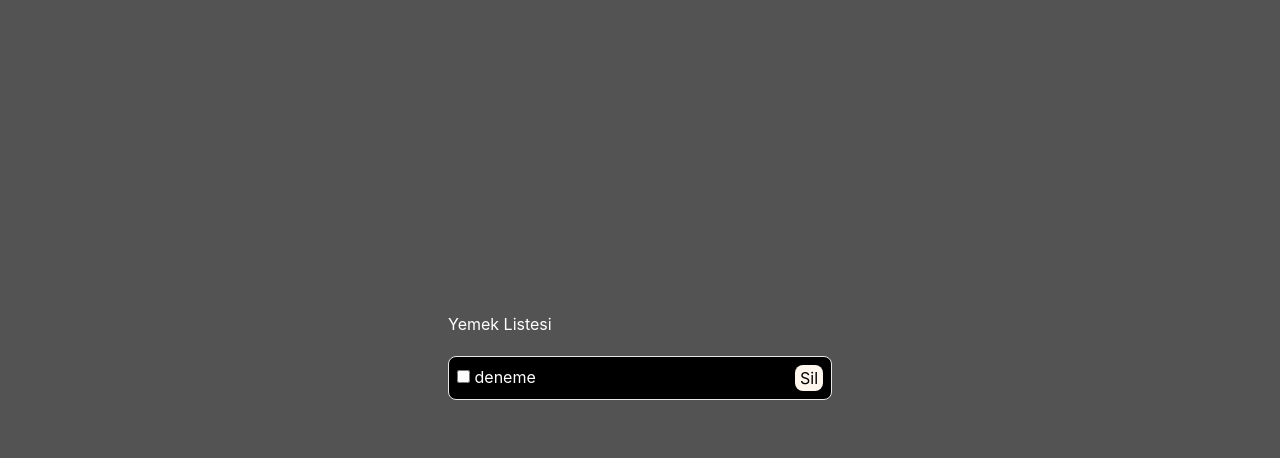
Repository: muratyildiz63/Composition-API-Nedir-todo-list
Page: /
These files come from the project's save history. The page is drawn as it stood at one moment and after the next save; the edit follows.
The browser window is 1280 px wide. The pictures show the whole page.
The project was rebuilt for these pictures with package versions that can differ from the ones it lists, and the page was loaded fresh each time. Also part of the build but not shown: vite.config.js.

Above is the page before, as saved 2022-08-15 18:59:17.

### src/main.js
import { createApp } from 'vue'
import './style.css'
import App from './App.vue'
import './index.css'

createApp(App).mount('#app')

### src/App.vue
<template>
  <div class="w-full h-full text-white">
    <h3 class="w-full flex mb-5">Yemek Listesi</h3>

    <div class="flex justify-center">
      <div class="rounded-lg w-96">
        <div
          aria-current="true"
          class="
            bg-black
            flex
            justify-between
            mb-2
            px-2
            py-2
            border border-gray-200
            w-full
            rounded-lg
            text-white
            cursor-pointer
            even:bg-gray-700
          "
        >
          <label for="compluted">
            <input type="checkbox" name="" id="compluted" /> deneme
          </label>
          <button class="bg-orange-50 px-1 text-black">Sil</button>
        </div>


      </div>
    </div>
  </div>
</template>

### src/index.css
@tailwind base;
@tailwind components;
@tailwind utilities;
body {
    background-color: rgb(83 83 83);
}

### tailwind.config.cjs
module.exports = {
    content: [
        "./index.html",
        "./src/**/*.{vue,js,ts,jsx,tsx}",
    ],
    theme: {
        extend: {},
    },
    plugins: [],
}

Loaded but not shown: index.html (common file); src/style.css (common file)

After the next save:
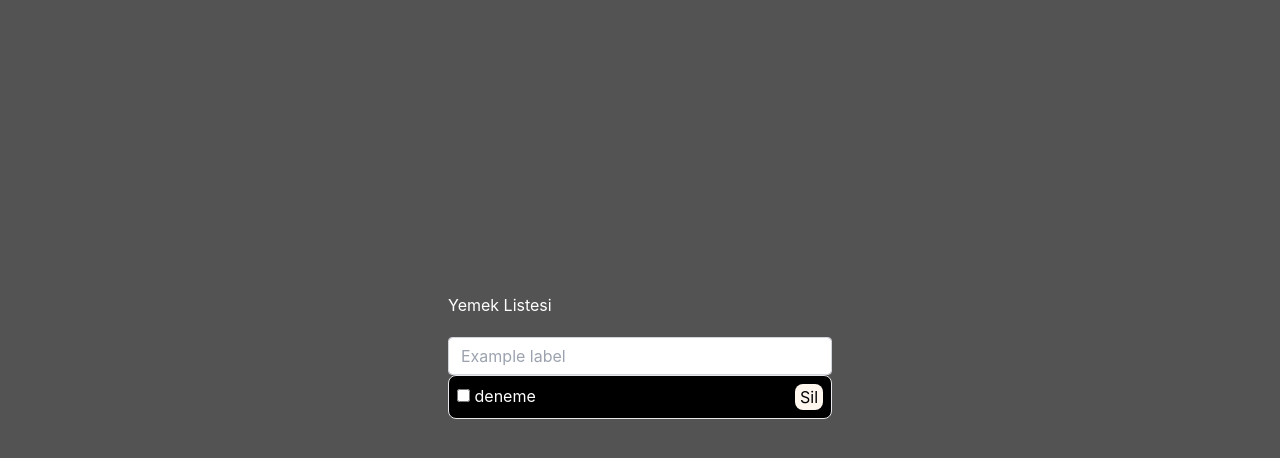
Saved 94 s later.
--- a/src/App.vue
+++ b/src/App.vue
@@ -1,6 +1,35 @@
 <template>
   <div class="w-full h-full text-white">
     <h3 class="w-full flex mb-5">Yemek Listesi</h3>
+
+<section>
+ <input
+      type="text"
+      class="
+        form-control
+        block
+        w-full
+        px-3
+        py-1.5
+        text-base
+        font-normal
+        text-gray-700
+        bg-white bg-clip-padding
+        border border-solid border-gray-300
+        rounded
+        transition
+        ease-in-out
+        m-0
+        focus:text-gray-700 focus:bg-white focus:border-blue-600 focus:outline-none
+      "
+      id="exampleFormControlInput1"
+      placeholder="Example label"
+    />
+
+
+
+</section>
+
 
     <div class="flex justify-center">
       <div class="rounded-lg w-96">
